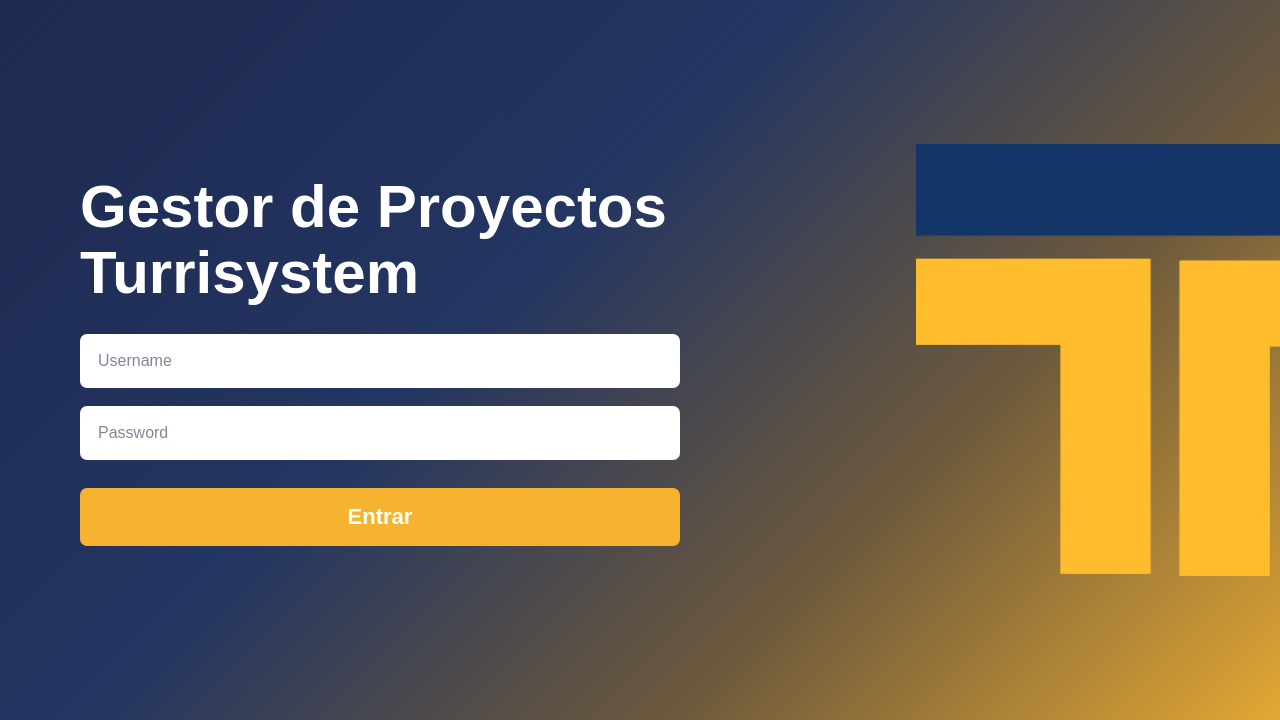
Repository: JucesM/gestor-proyectos-turri
Page: /projects (app in Job-Portal-Frontend-main/)
The author's editor kept a copy of each file at every save. The page is drawn from the files as they stood at one save, then again after the next save.
The browser window is 1280 px wide. The pictures show the whole page.
The page's requests for data from a server got no answer. The project was rebuilt for these pictures with package versions that can differ from the ones it lists, and the page was loaded fresh each time. No one was signed in, and anything a server would have sent is missing. Imported but missing from the stored project, and not drawn on this page: Job-Portal-Frontend-main/src/reportWebVitals.

Above is the page before, as saved 2025-09-23 14:54:06.

After the next save:
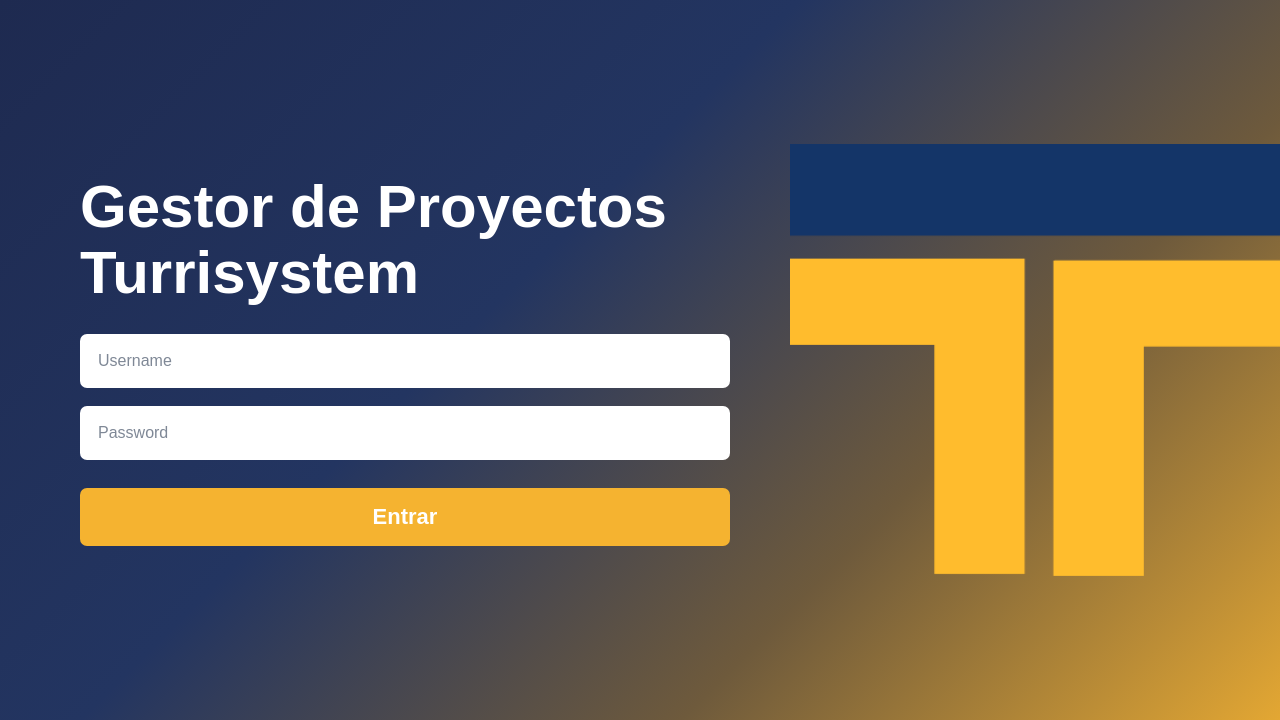
Saved 40 s later.
--- a/Job-Portal-Frontend-main/src/pages/Login.css
+++ b/Job-Portal-Frontend-main/src/pages/Login.css
@@ -9,7 +9,7 @@
 
 /* Columna izquierda - formulario a la izquierda */
 .login-left {
-  flex: 0 0 70%;
+  flex: 0 0 60%;
   display: flex;
   align-items: center;
   justify-content: flex-start;
@@ -19,7 +19,7 @@
 
 /* Contenido del formulario */
 .login-content {
-  width: 600px;
+  width: 650px;
   text-align: left;
 }
 
